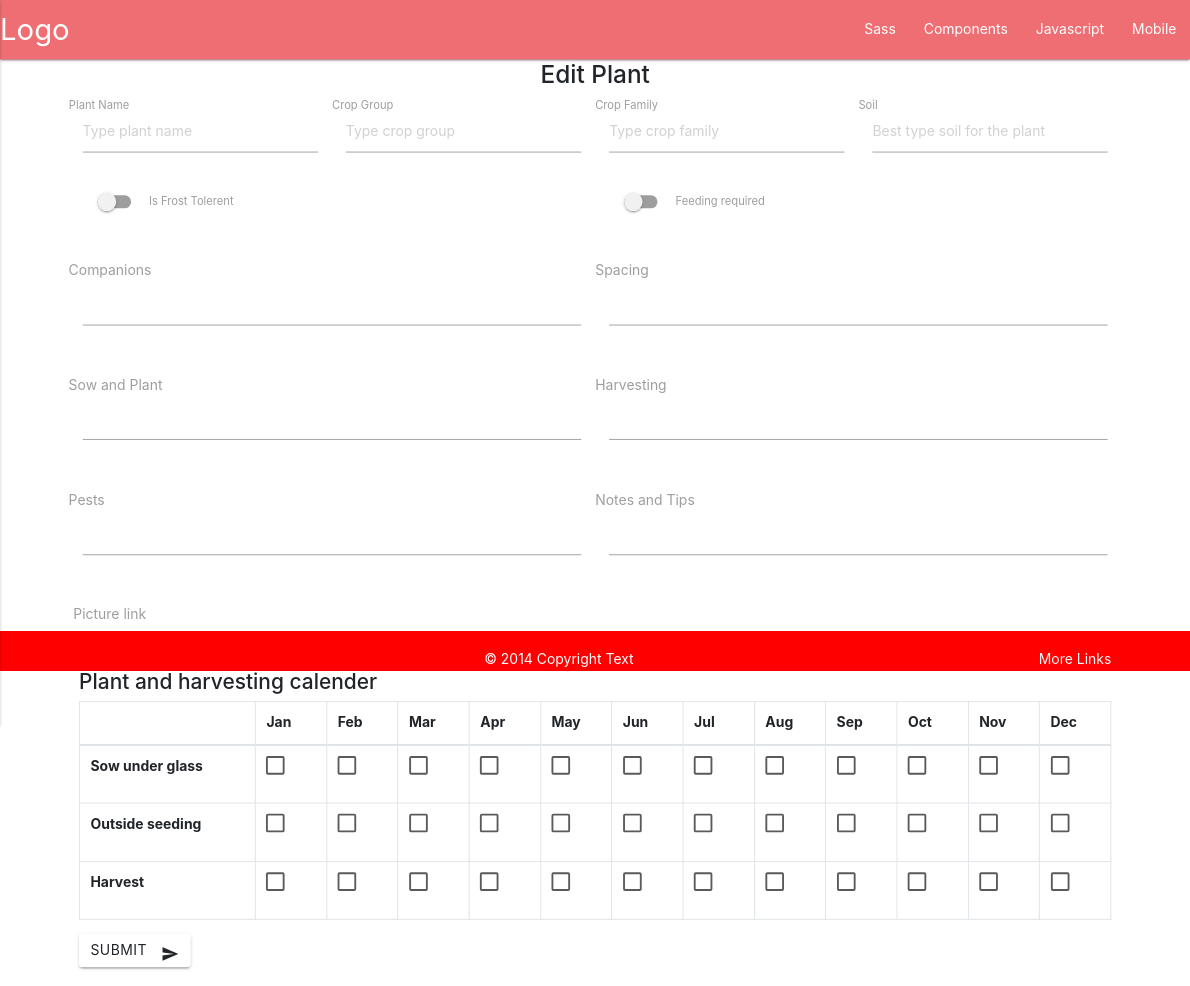
Repository: Lemoenskil/Milestone_project_3_Garden_planner
Page: templates/update_plant.html
The author's editor kept a record of every edit. The page is drawn from the files as they stood at one moment, then again after the next edit.
The browser window is 1280 px wide. The pictures show the whole page, at 93% of full size.
Some web libraries are served in a nearby version. The page is served by the project's application, run on Flask 3 (app.py). The template is opened directly, without the code that normally fills it, so the values that code supplies are empty.

Above is the page before.
Console error: TypeError: $(...).floatingActionButton is not a function

### templates/update_plant.html
{% extends "base.html" %}
{% block content %}

  <div class="row">
    <form action="{{ url_for('edit_plant', plant_id=plant._id) }}" method="POST" class="col s12">
      <h3 class="header-edit-form">Edit Plant</h3>
        <div class="row">
            <div class="input-field col-sm-12 col-md-6 col-lg-3">
              <input placeholder = "Type plant name" id="plant_name" type="text" name ="plant_name" value = "{{plant.plant_name }}"  >
              <label for="plant_name">Plant Name</label>
            </div>
            <div class="input-field col-sm-12 col-md-6 col-lg-3">
              <input placeholder="Type crop group" id="crop_group" type="text" name="crop_group" value="{{plant.crop_group }}">
              <label for="crop_group">Crop Group</label>
            </div>
            <div class="input-field col-sm-12 col-md-6 col-lg-3">
              <input placeholder="Type crop family" id="crop_family" type="text" name="crop_family" value="{{plant.crop_family }}">
              <label for="crop_family">Crop Family</label>
            </div>
            <div class="input-field col-sm-12 col-md-6 col-lg-3">
              <input placeholder="Best type soil for the plant" id="soil" type="text" name="soil" value="{{plant.soil }}">
              <label for="soil">Soil</label>
            </div>
        </div>
        <div class ="row">
            <div class="switch col-sm-12 col-md-6">
                <label>
                  {% if plant.frost_tolerant %}
                          <input id="frost_tolerant" name="frost_tolerant" type="checkbox" checked>
                    {% else %}
                         <input id="frost_tolerant" name="frost_tolerant" type="checkbox">
                    {% endif%}
                  <span class="lever"></span>
                  Is Frost Tolerent
                </label>
            </div>
            <div class="switch col-sm-12 col-md-6">
                <label>
                  {% if plant.feeding %}
                          <input id="feeding" name="feeding" type="checkbox" checked>
                    {% else %}
                         <input id="feeding" name="feeding" type="checkbox">
                    {% endif%}
                  <span class="lever"></span>
                  Feeding required
                </label>
            </div>
        </div>
      <div class="row">
        <div class="input-field col-sm-12 col-md-6">
          <textarea id="companions" name="companions" class="materialize-textarea">{{plant.companions }}</textarea>
          <label for="companions">Companions</label>
        </div>
        <div class="input-field col-sm-12 col-md-6">
          <textarea id="spacing" name="spacing" class="materialize-textarea">{{plant.spacing }}</textarea>
          <label for="spacing">Spacing</label>
        </div>
        <div class="input-field col-sm-12 col-md-6">
          <textarea id="Sow_and_Plant" name="Sow_and_Plant" class="materialize-textarea">{{plant.Sow_and_Plant }}</textarea>
          <label for="Sow_and_Plant">Sow and Plant</label>
        </div>
        <div class="input-field col-sm-12 col-md-6">
          <textarea id="Harvesting" name="Harvesting" class="materialize-textarea">{{plant.Harvesting }}</textarea>
          <label for="Harvesting">Harvesting</label>
        </div>
        <div class="input-field col-sm-12 col-md-6">
          <textarea id="Pests" name="Pests" class="materialize-textarea">{{plant.Pests }}</textarea>
          <label for="Pests">Pests</label>
        </div>
        <div class="input-field col-sm-12 col-md-6">
          <textarea id="Note" name="Note" class="materialize-textarea">{{plant.Note }}</textarea>
          <label for="Note">Notes and Tips</label>
        </div>
        <div class="input-field inline col-sm-12 col-md-12">
          <input id="picture_link" name="picture_link" type="url" class="validate" value = "{{plant.picture_link }}">
          <label for="picture_link" data-error="wrong" data-success="right">Picture link</label>
        </div>
      </div>

      <table class="table table-bordered ">
                <h4> Plant and harvesting calender</h4>
                <thead>
                    <tr>
                        <th scope="col"></th>
                        <th scope="col">Jan</th>
                        <th scope="col">Feb</th>
                        <th scope="col">Mar</th>
                        <th scope="col">Apr</th>
                        <th scope="col">May</th>
                        <th scope="col">Jun</th>
                        <th scope="col">Jul</th>
                        <th scope="col">Aug</th>
                        <th scope="col">Sep</th>
                        <th scope="col">Oct</th>
                        <th scope="col">Nov</th>
                        <th scope="col">Dec</th>
                    </tr>
                </thead>
                <tbody>
                    <tr>
                        <th scope="row">Sow under glass</th>
                        {% for month in range(1, 13) %}
                          <td>
                            {% if month in plant.value_sowing_under_glass %}
                                <input name="sowing-under-glass-{{month}}" type="checkbox" class="filled-in" id="sowing-under-glass-{{month}}" checked/>
                                <label for="sowing-under-glass-{{month}}"></label>
                            {% else %}
                                <input name="sowing-under-glass-{{month}}" type="checkbox" class="filled-in" id="sowing-under-glass-{{month}}"  />
                                <label for="sowing-under-glass-{{month}}"></label>
                         {% endif %}
                          </td>
                        {% endfor %}
                    </tr>
                    <tr>
                      <th scope="row">Outside seeding</th>
                      {% for month in range(1, 13) %}
                        <td>
                            {% if month in plant.value_outside_seeding %}
                                <input name="outside-seeding-{{month}}" type="checkbox" class="filled-in" id="outside-seeding-{{month}}" checked/>
                                <label for="outside-seeding-{{month}}"></label>
                            {% else %}
                                <input name="outside-seeding-{{month}}" type="checkbox" class="filled-in" id="outside-seeding-{{month}}" />
                                <label for="outside-seeding-{{month}}"></label>
                            {% endif %}
                        </td>
                        {% endfor %}
                    </tr>
                    <tr>
                      <th scope="row">Harvest</th>
                      {% for month in range(1, 13) %}
                        <td>
                            {% if month in plant.value_harvest %}
                                <input name="harvest-{{month}}" type="checkbox" class="filled-in" id="harvest-{{month}}" checked/>
                                <label for="harvest-{{month}}"></label>
                            {% else %}
                                <input name="harvest-{{month}}" type="checkbox" class="filled-in" id="harvest-{{month}}" />
                                <label for="harvest-{{month}}"></label>
                            {% endif %}
                        </td>
                        {% endfor %}
                    </tr>
                </tbody>
            </table>

      <button class="btn waves-effect waves-light" type="submit" name="action">Submit
        <i class="material-icons right">send</i>
      </button>

    </form>
  </div>

{% endblock %}

### templates/base.html
<!DOCTYPE html>
<html lang="en">
<head>
    <meta charset="UTF-8">
    <meta name="viewport" content="width=device-width, initial-scale=1.0">
    <meta http-equiv="X-UA-Compatible" content="ie=edge">
    <link href="https://fonts.googleapis.com/icon?family=Material+Icons" rel="stylesheet">
    <link rel="stylesheet" href="https://cdnjs.cloudflare.com/ajax/libs/materialize/0.100.2/css/materialize.min.css">
    <link href="https://stackpath.bootstrapcdn.com/bootstrap/4.4.1/css/bootstrap.min.css" rel="stylesheet" integrity="sha384-Vkoo8x4CGsO3+Hhxv8T/Q5PaXtkKtu6ug5TOeNV6gBiFeWPGFN9MuhOf23Q9Ifjh" crossorigin="anonymous">
    <link rel="stylesheet" href="{{url_for('static', filename='css/style.css')}}" type="text/css" />
    <title>Garden Planner</title>
</head>
<body>
    <header>
       <nav>
            <div class="nav-wrapper">
                <a href="#!" class="brand-logo">Logo</a>
                <a href="#" data-activates="mobile-demo" class="button-collapse"><i class="material-icons">menu</i></a>
                <ul class="right hide-on-med-and-down">
                    <li><a href="sass.html">Sass</a></li>
                    <li><a href="badges.html">Components</a></li>
                    <li><a href="collapsible.html">Javascript</a></li>
                    <li><a href="mobile.html">Mobile</a></li>
                </ul>
                <ul class="side-nav" id="mobile-demo">
                    <li><a href="sass.html">Sass</a></li>
                    <li><a href="badges.html">Components</a></li>
                    <li><a href="collapsible.html">Javascript</a></li>
                    <li><a href="mobile.html">Mobile</a></li>
                </ul>
            </div>
        </nav>
    </header>

    <main class="container">
        {% block content %}{% endblock %}
    </main>

    <footer class="page-footer">
        <div class="container" class="footer-copyright">
            © 2014 Copyright Text
            <a class="grey-text text-lighten-4 right" href="#!">More Links</a>
        </div>
    </footer>
    <script src="https://code.jquery.com/jquery-3.4.1.slim.min.js" integrity="sha384-J6qa4849blE2+poT4WnyKhv5vZF5SrPo0iEjwBvKU7imGFAV0wwj1yYfoRSJoZ+n" crossorigin="anonymous"></script>
    <script src="https://cdnjs.cloudflare.com/ajax/libs/jquery/3.2.1/jquery.min.js"></script>
    <script src="https://stackpath.bootstrapcdn.com/bootstrap/4.4.1/js/bootstrap.min.js"></script>
    <script src="https://cdnjs.cloudflare.com/ajax/libs/materialize/0.100.2/js/materialize.min.js"></script>
    <script src="https://maxcdn.bootstrapcdn.com/bootstrap/4.1.1/js/bootstrap.min.js"></script>
    <script type="text/javascript">
        $(document).ready(function() {
            $(".button-collapse").sideNav();
            $('.fixed-action-btn').floatingActionButton();
        });


    </script>
</body>
</html>

### app.py
import os
from flask import Flask, render_template, redirect, request, url_for
from flask_pymongo import PyMongo, DESCENDING
from bson.objectid import ObjectId


app = Flask ("----name----")
app.config["MONGO_DBNAME"] = 'garden_planner'
app.config["MONGO_URI"] = 'mongodb+srv://CP3O:iYmkh8QOgi2fhu2y@lemoenskil-4vjdx.mongodb.net/garden_planner?retryWrites=true&w=majority'

mongo = PyMongo(app)

@app.route('/')
@app.route('/plant_records')
def get_plant_record():
    plant_cards = mongo.db.plant_data.find().sort([('views', DESCENDING)]).limit(6)
    return render_template("plant_records.html", title="Home", plants=plant_cards)


@app.route('/view_plant/<plant_id>')
def view_plant(plant_id):
    """Shows full plant details"""
    mongo.db.plant_data.find_one(
        {'_id': ObjectId(plant_id)},
    )
    plant_db = mongo.db.plant_data.find_one_or_404({'_id': ObjectId(plant_id)})
    return render_template("view_plant.html", plant=plant_db)

@app.route('/update_plant/<plant_id>')
def update_plant(plant_id):
    plants =  mongo.db.plant_data.find_one({"_id": ObjectId(plant_id)})
    return render_template('update_plant.html', plant=plants)


@app.route('/edit_plant/<plant_id>', methods=["POST"])
def edit_plant(plant_id):
    plants = mongo.db.plant_data
    value_sowing_under_glass = [ month for month in range(1, 13) if f"sowing-under-glass-{month}" in request.form ]
    print(value_sowing_under_glass)
    print(request.form)
    plant_data = {
        'plant_name':request.form.get('plant_name'),
        'picture_link':request.form.get('picture_link'),
        'crop_group': request.form.get('crop_group'),
        'crop_family': request.form.get('crop_family'),
        'soil':request.form.get('soil'),
        'frost_tolerant':request.form.get('frost_tolerant'),
        'feeding':request.form.get('feeding'),
        'companions':request.form.get('companions'),
        'spacing':request.form.get('spacing'),
        'Sow_and_Plant':request.form.get('Sow_and_Plant'),
        'Harvesting':request.form.get('Harvesting'),
        'Pests':request.form.get('Pests'),
        'Note':request.form.get('Note'),
    }
    print(plant_data)
    #plants.update( {'_id': ObjectId(plant_id)}, plant_data)
    return redirect(url_for('get_plant_record'))

if __name__ == '__main__':
    app.run(host=os.environ.get('IP'),
            port=int(os.environ.get('PORT')),
            debug=True)

### static/css/style.css
.mt-5, .my-5 {
    margin: 2rem!important;
}

.card{
  width: 100%;
}

body {
  display: flex;
  min-height: 100vh;
  flex-direction: column;
}

main {
  flex: 1 0 auto;
}


.page-footer{
    position: fixed;
   left: 0;
   bottom: 0;
   width: 100%;
   background-color: red;
   color: white;
   text-align: center;
}

.card-sm{
  margin-bottom: 50px;
}

.form-control-borderless {
    border: none;
}

.form-control-borderless:hover, .form-control-borderless:active, .form-control-borderless:focus {
    border: none;
    outline: none;
    box-shadow: none;
}

.search_box{
    width: 100%;
    margin: 6%;
}
.align-items-center{
    margin: 0px!important;
}

.under-glass{
    background-color: yellow;
}
.outside-seeding {
    background-color: orange;
}

.harvest{
    background-color: green;
}
.header-edit-form{
    text-align: center;
}

After the next edit:
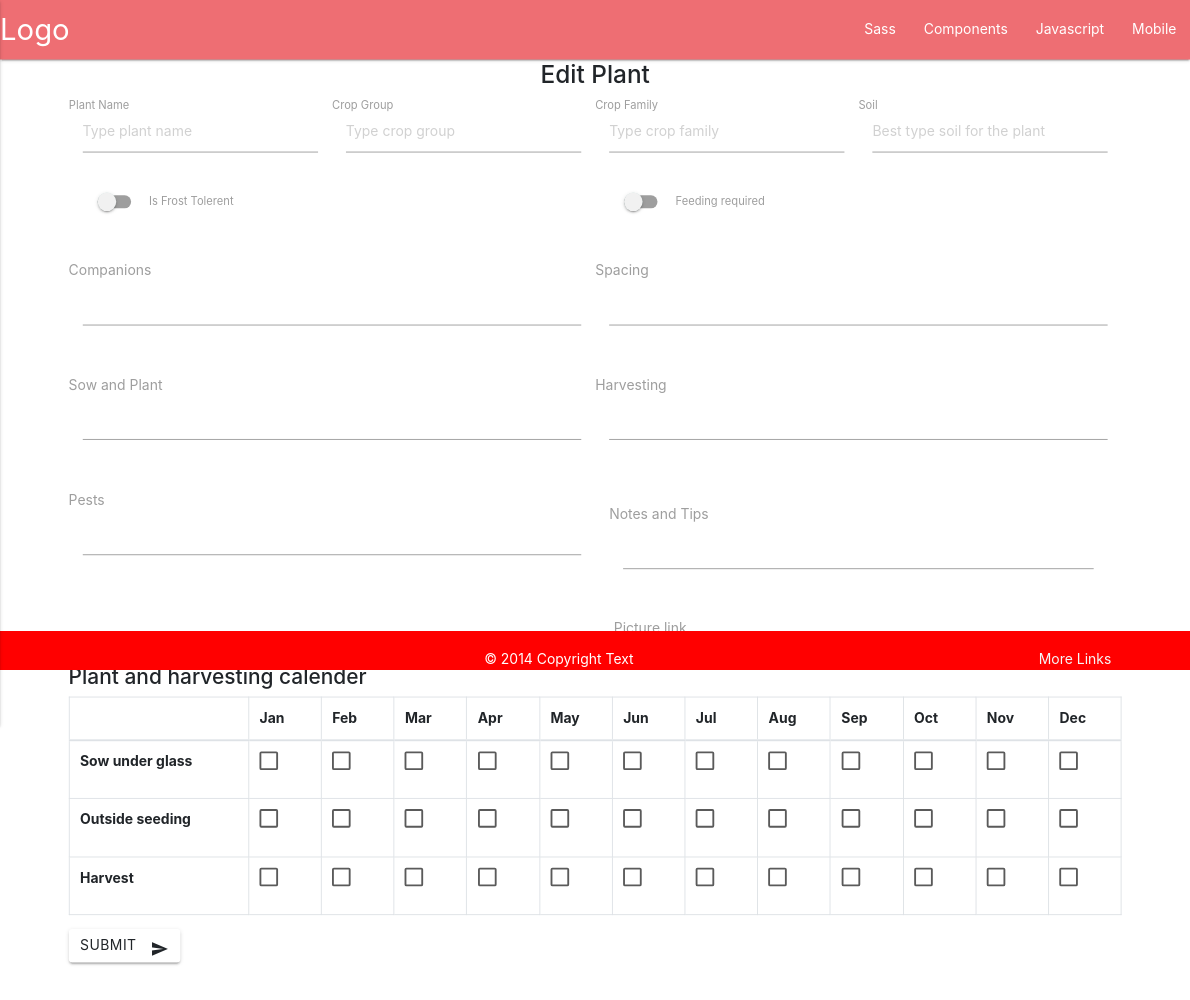
The edit:
--- a/templates/update_plant.html
+++ b/templates/update_plant.html
@@ -68,6 +68,8 @@
           <label for="Pests">Pests</label>
         </div>
         <div class="input-field col-sm-12 col-md-6">
+
+        <div class="input-field col-sm-12 col-md-12">
           <textarea id="Note" name="Note" class="materialize-textarea">{{plant.Note }}</textarea>
           <label for="Note">Notes and Tips</label>
         </div>
